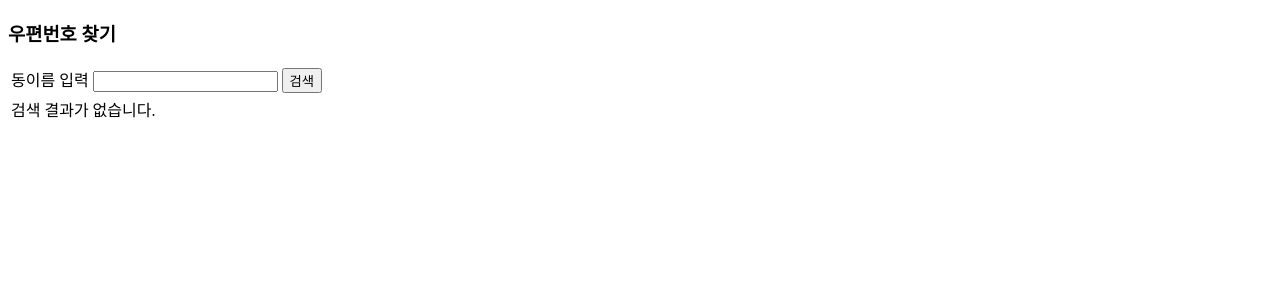
Repository: yubeens/JSP
Page: http://localhost/JSP_Project/jQueryAddress/zipCheck.jsp
The author's editor kept a copy of each file at every save. The page is drawn from the files as they stood at one save, then again after the next save.
The browser window is 1280 px wide. The pictures show the whole page.
The page is served by Tomcat 9. Other server files are loaded and not shown. Queries for data that is not in the repository find no rows.

Above is the page before, as saved 2025-03-06 05:21:02.

### JSP_Project/src/main/webapp/jQueryAddress/zipCheck.jsp
<%@page import="com.address.ZipCode"%>
<%@page import="java.util.ArrayList"%>
<%@page import="com.address.AddressDAO"%>
<%@ page language="java" contentType="text/html; charset=UTF-8"
    pageEncoding="UTF-8"%>
<!DOCTYPE html>
<html>
<head>
<meta charset="UTF-8">
<title>Insert title here</title>

<style>
a:link   {text-decoration:none; color:#000}
a:hover  {text-decoration:none; color:#000}
a:visited{text-decoration:none; color:#000}
</style>

<%
request.setCharacterEncoding("utf-8");
String dong = request.getParameter("dong");
AddressDAO dao = new AddressDAO();
ArrayList<ZipCode> zarr=dao.zipcodeRead(dong);
%>

<script>
function dongCheck(){
	if(document.getElementById('dong').value==""){
		alert("동 이름을 입력하세요")
		 return;
	}
	document.querySelector("#frm").submit();
}

function send(code,sido,gugun,dong,bunji){
	const address=sido+" "+gugun+" "+dong+" "+bunji
	opener.document.querySelector("#zipcode").value=code
	opener.document.querySelector("#addr").value=address
	self.close()

}
</script>
</head>
<body>
<h3>우편번호 찾기</h3>
<form action="zipCheck.jsp" id="frm">
  <table>
      <tr>
          <td>동이름 입력
          <input type = text id="dong" name="dong">
           <button type ="button" onclick ="dongCheck()">검색</button> </td>
      </tr>
      <tr>
      <%
      if(zarr.isEmpty()){
    	  %>
    	<td>검색 결과가 없습니다.</td>
      <%
      }else{
    	  %>
    	  <td>* 검색 후 아래 우편번호를 클릭하면 자동 입력됩니다.</td>
    	  <%
      }
     %>
      </tr>
      <%
      for(ZipCode z:zarr){
    	  String zip=z.getZipcode();
    	  String sido=z.getSido();
    	  String gugun=z.getGugun();
    	  String d=z.getDong();
    	  String bunji=z.getBunji();
    	  %>
    	  <tr>
    	  	<td><a href="javascript:send('<%=zip %>','<%=sido %>','<%=gugun %>','<%=d %>','<%=bunji %>')">
    	  	<%=zip %><%=sido %><%=gugun %><%=d %><%=bunji %></a></td>
    	  </tr>

<%
      }
      %>
    </table>
</form>
</body>
</html>

### JSP_Project/src/main/java/com/address/AddressDAO.java
package com.address;

import java.sql.Connection;
import java.sql.DriverManager;
import java.sql.PreparedStatement;
import java.sql.ResultSet;
import java.sql.SQLException;
import java.sql.Statement;
import java.util.ArrayList;

public class AddressDAO {
	String url, user, pwd;

	public AddressDAO() {
		/*C:\app\it\product\21c\dbhomeXE\jdbc\lib 오라클 드라이버경로에서
		맞는 버전을 복사하여 web-inf/lib경로에 붙여넣기 한다. (컴퓨터가 어떤 sql을 쓰는지 알수있음)*/
		try {
			Class.forName("oracle.jdbc.driver.OracleDriver");
			 url="jdbc:oracle:thin:@localhost:1521:xe";
			 user="scott";
			 pwd="tiger";
		} catch (ClassNotFoundException e) { //예외처리 (없을 수 도 있으니 예외처리 일단 해줌)
			// TODO Auto-generated catch block
			e.printStackTrace();
		}

	}

	//추가: insert into address ~~~
	public void insert(Address addr) {
		Connection con=null; //연결객체
		PreparedStatement ps=null; //? 사용시

		try {
			con= DriverManager.getConnection(url, user, pwd); //예외처리 //연결을 통해서 객체가 만들어짐
			String sql = "insert into address(num,name,zipcode,address,tel) values(address_seq.nextval,?,?,?,?)"; //?: 나중에 값을 처리하겠다.
			ps= con.prepareStatement(sql);
			ps.setString(1, addr.getName());
			ps.setString(2, addr.getZipcode());
			ps.setString(3, addr.getAddress());
			ps.setString(4, addr.getTel());

			//실행
			ps.executeUpdate();
		} catch (SQLException e) {
			e.printStackTrace();
		} finally {
			closeConnection(con,ps,null,null);
		}
	}
	//검색포함 전체보기
	public ArrayList<Address>list(String field, String word){
		Connection con = null;
		Statement st = null;
		ResultSet rs = null;
		ArrayList<Address>alist=new ArrayList<Address>();
		String sql="";

		try {
			con=DriverManager.getConnection(url,user,pwd);
			st=con.createStatement();
			if(word.equals("")) { //검색아님
				sql="select * from address";
			}else { //검색
				sql="select * from address where "+field+ " like '%"+word+"%'";
			}
			rs=st.executeQuery(sql);
			while(rs.next()) {
				Address ad = new Address();
				ad.setAddress(rs.getString("address"));
				ad.setName(rs.getString("name"));
				ad.setNum(rs.getInt("num"));
				ad.setTel(rs.getString("tel"));
				ad.setZipcode(rs.getString("zipcode"));
				alist.add(ad);
			}

		} catch (SQLException e) {
			e.printStackTrace();
		}
		return alist;
	}
	//검색 포함 갯수
	public int getCount(String field,String word) {
		Connection con = null;
		Statement st = null;
		ResultSet rs = null;
		String sql="";
		int count=0;

		try {
			con=DriverManager.getConnection(url,user,pwd);
			st=con.createStatement();
			if(word.equals("")) {
				sql="select count(*) from address";
			}else { //검색
				sql="select count(*) from address where "+field + " like'%"+word+"%'";
			}
			rs=st.executeQuery(sql);
			if(rs.next()) {
				count=rs.getInt(1);
			}
		} catch (SQLException e) {
			e.printStackTrace();
		}finally {
			closeConnection(con, null, st, rs);
		}
		return count;
	}


	//전체보기
	public ArrayList<Address> list() {
		Connection con = null;
		Statement st = null;
		ResultSet rs = null;

		ArrayList<Address>alist = new ArrayList<>();

		try {
			con = DriverManager.getConnection(url, user, pwd);
			String sql = "select * from address";
			st = con.createStatement();
			rs = st.executeQuery(sql);

			while(rs.next()) {
				Address ad = new Address();
				ad.setAddress(rs.getString("address"));
				ad.setName(rs.getString("name"));
				ad.setNum(rs.getInt("num"));
				ad.setTel(rs.getString("tel"));
				ad.setZipcode(rs.getString("zipcode"));
				alist.add(ad);
			}

		} catch (SQLException e) {
			e.printStackTrace();
		} finally {
			closeConnection(con, null, st, rs);
		}
		return alist;

	}


	//개수
	public int getCount() {
		Connection con = null;
		Statement st = null;
		ResultSet rs = null;
		int count=0;


		try {
			con = DriverManager.getConnection(url,user,pwd);
			String sql = "select count(*) from address";
			st = con.createStatement();
			rs = st.executeQuery(sql);
			if(rs.next()) {
				count = rs.getInt(1); //컬럼명 없으면 위치값으로
			}
		} catch (SQLException e) {
			e.printStackTrace();
		}finally {
			closeConnection(con, null, st, rs);
		}
		return count;
	}


	//삭제
	public void delete(int num) {
		Connection con = null;
		Statement st = null;

		try {
			con = DriverManager.getConnection(url,user,pwd);
			String sql = "delete from address where num="+num;
			st = con.createStatement();
			st.executeQuery(sql);
		} catch (SQLException e) {
			e.printStackTrace();
		}
	}


	//수정
	 public void update(Address ad) {
	        Connection con=null;
	        PreparedStatement ps=null;

	        try {
	            con=DriverManager.getConnection(url,user,pwd);
	            String sql="update address set name=?,zipcode=?,tel=?, address=? where num=?";
	            ps=con.prepareStatement(sql);
	            ps.setString(1,ad.getName());
	            ps.setString(2,ad.getZipcode());
	            ps.setString(3,ad.getTel());
	            ps.setString(4,ad.getAddress());
	            ps.setInt(5,ad.getNum());
	            ps.executeUpdate();

	        } catch (SQLException e) {
	            e.printStackTrace();
	        }
	}


	//상세보기
	public Address detail(int num) {

		Connection con = null;
		Statement st = null;
		ResultSet rs = null;
		Address address = null;

		try {
			con = DriverManager.getConnection(url,user,pwd);
			String sql="Select * from address where num ="+num;
			System.out.println(sql);
			st = con.createStatement();
			rs = st.executeQuery(sql);
			if(rs.next()) {
				address = new Address();
				address.setAddress(rs.getString("address"));
				address.setName(rs.getString("name"));
				address.setNum(rs.getInt("num"));
				address.setTel(rs.getString("tel"));
				address.setZipcode(rs.getString("zipcode"));

			}
		} catch (SQLException e) {
			e.printStackTrace();
		}finally {
			closeConnection(con, null, st, rs);
		}
		return address;
	}


	//우편번호 검색
	public ArrayList<ZipCode> zipcodeRead(String dong) {
		Connection con = null;
		Statement st = null;
		ResultSet rs = null;
		ArrayList<ZipCode> zarr = new ArrayList<ZipCode>();

		try {
			con=DriverManager.getConnection(url,user,pwd);
			String sql="select * from zipcode where dong like '%"+dong+"%'";
			System.out.println(sql);
			st=con.createStatement();
			rs=st.executeQuery(sql);
			while(rs.next()) {
				ZipCode z = new ZipCode();
				z.setBunji(rs.getString("bunji"));
				z.setDong(rs.getString("dong"));
				z.setGugun(rs.getString("gugun"));
				z.setSeq(rs.getInt("seq"));
				z.setSido(rs.getString("sido"));
				z.setZipcode(rs.getString("zipcode"));
				zarr.add(z);
			}

		} catch (SQLException e) {
			e.printStackTrace();
		}finally {
			closeConnection(con, null, st, rs);
		}
		return zarr;

	}

	//------
	private void closeConnection(Connection con,PreparedStatement ps, Statement st, ResultSet rs) {
			try {
				if(con!=null) con.close();
				if(ps!=null) con.close();
				if(st!=null) con.close();
				if(rs!=null) con.close();
			} catch (SQLException e) {
				e.printStackTrace();
			}
	}
}

After the next save:
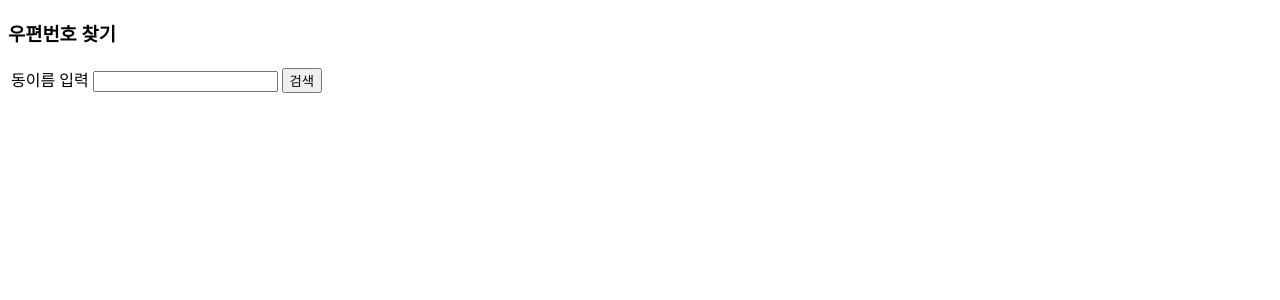
Console error: SyntaxError: Unexpected token '{'
Saved 18 min 45 s later.
--- a/JSP_Project/src/main/webapp/jQueryAddress/zipCheck.jsp
+++ b/JSP_Project/src/main/webapp/jQueryAddress/zipCheck.jsp
@@ -8,36 +8,28 @@
 <head>
 <meta charset="UTF-8">
 <title>Insert title here</title>
+<script src="https://code.jquery.com/jquery-3.7.1.min.js"></script>
+<script>
+$(function(){
+	$("#send").click(function(){
+		sendIt
+	})
+})
 
-<style>
-a:link   {text-decoration:none; color:#000}
-a:hover  {text-decoration:none; color:#000}
-a:visited{text-decoration:none; color:#000}
-</style>
+var sendIt=function(){
+	if($("#dong").val()==""{
+		alert("동 이름을 입력하세요");
+		return false;
+	}
+	$.getJSON("zipProc.jsp",
+			{"dong":$("#dong").val()}, //두번째는 가지고 가는 값 , 세번째는 콜백
+			function(resp){
+				alert(resp)
 
-<%
-request.setCharacterEncoding("utf-8");
-String dong = request.getParameter("dong");
-AddressDAO dao = new AddressDAO();
-ArrayList<ZipCode> zarr=dao.zipcodeRead(dong);
-%>
+		}//콜백함수 function
+	}//getJSON
+}//sendit
 
-<script>
-function dongCheck(){
-	if(document.getElementById('dong').value==""){
-		alert("동 이름을 입력하세요")
-		 return;
-	}
-	document.querySelector("#frm").submit();
-}
-
-function send(code,sido,gugun,dong,bunji){
-	const address=sido+" "+gugun+" "+dong+" "+bunji
-	opener.document.querySelector("#zipcode").value=code
-	opener.document.querySelector("#addr").value=address
-	self.close()
-
-}
 </script>
 </head>
 <body>
@@ -47,37 +39,9 @@ function send(code,sido,gugun,dong,bunji){
       <tr>
           <td>동이름 입력
           <input type = text id="dong" name="dong">
-           <button type ="button" onclick ="dongCheck()">검색</button> </td>
+           <button type ="button" id="send">검색</button> </td>
       </tr>
       <tr>
-      <%
-      if(zarr.isEmpty()){
-    	  %>
-    	<td>검색 결과가 없습니다.</td>
-      <%
-      }else{
-    	  %>
-    	  <td>* 검색 후 아래 우편번호를 클릭하면 자동 입력됩니다.</td>
-    	  <%
-      }
-     %>
-      </tr>
-      <%
-      for(ZipCode z:zarr){
-    	  String zip=z.getZipcode();
-    	  String sido=z.getSido();
-    	  String gugun=z.getGugun();
-    	  String d=z.getDong();
-    	  String bunji=z.getBunji();
-    	  %>
-    	  <tr>
-    	  	<td><a href="javascript:send('<%=zip %>','<%=sido %>','<%=gugun %>','<%=d %>','<%=bunji %>')">
-    	  	<%=zip %><%=sido %><%=gugun %><%=d %><%=bunji %></a></td>
-    	  </tr>
-
-<%
-      }
-      %>
     </table>
 </form>
 </body>
